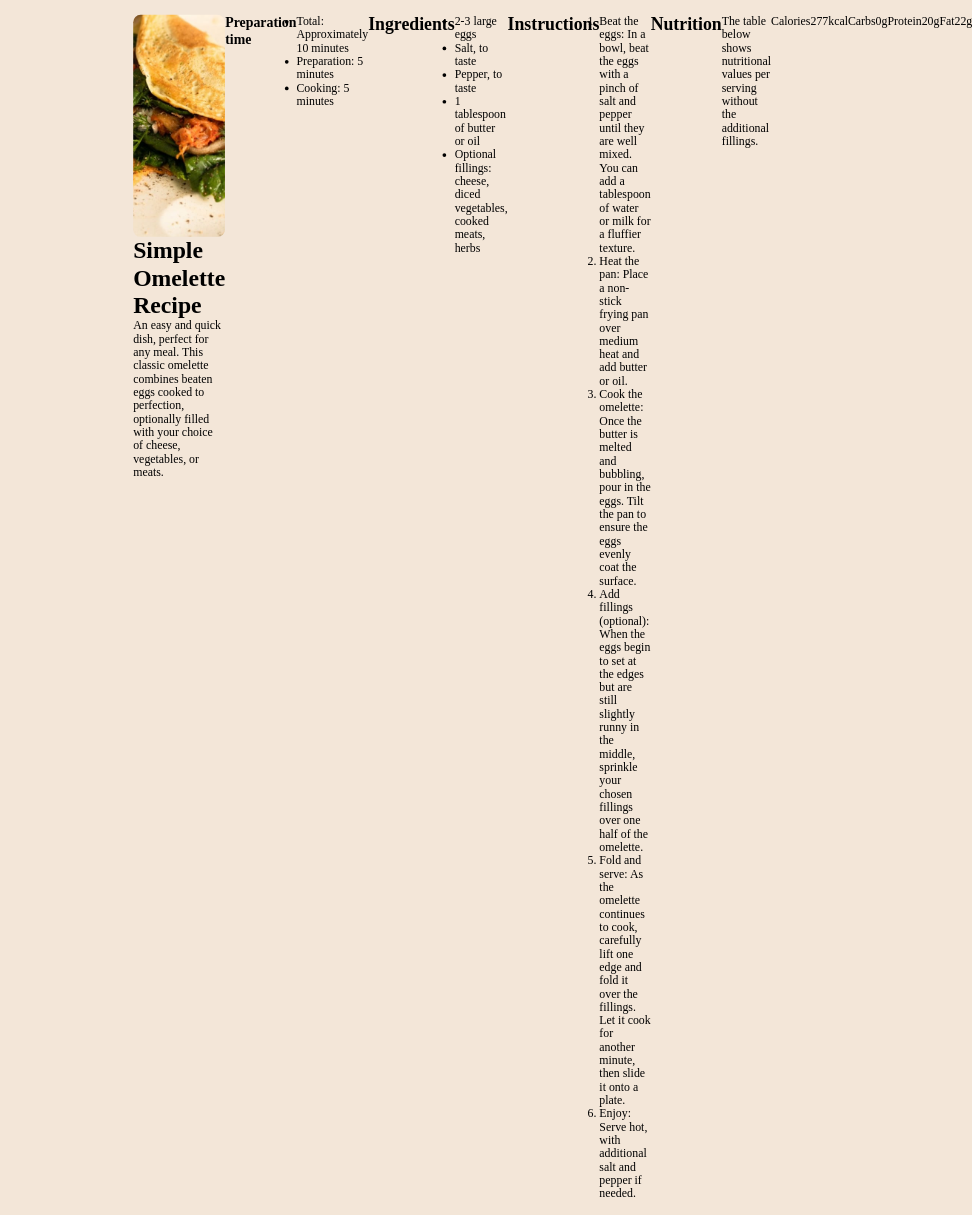
Repository: reemoon-ctrl/mine-recipe-page-main
Page: index1.html
An editor plug-in stored every save of this project. The page is shown before and after a run of saves, followed by the edit.
The browser window is 1280 px wide. The page is 1314 px wide, then 1280 px, so the pictures cover 1314 px, including what lies to the right of the window. The pictures show the whole page, at 74% of full size.

Above is the page before, as saved 2024-08-11 13:53:34.

After the next 9 saves:
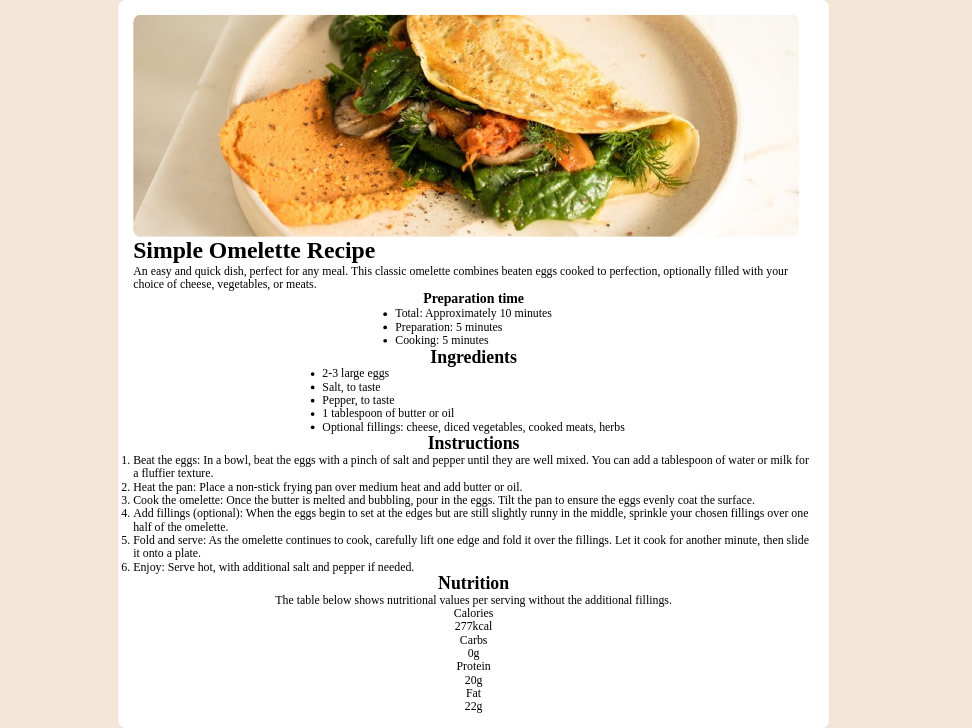
The 9 saves are shown as one change because they came seconds apart.
The last was saved 24 s later.
--- a/style.css
+++ b/style.css
@@ -17,7 +17,9 @@ body{
 }
 .container{
     display:flex;
-    flex-
+    flex-direction: column;
+    align-items: center;
+
     background: #fff;
     border-radius: 10px;
     margin: auto;
